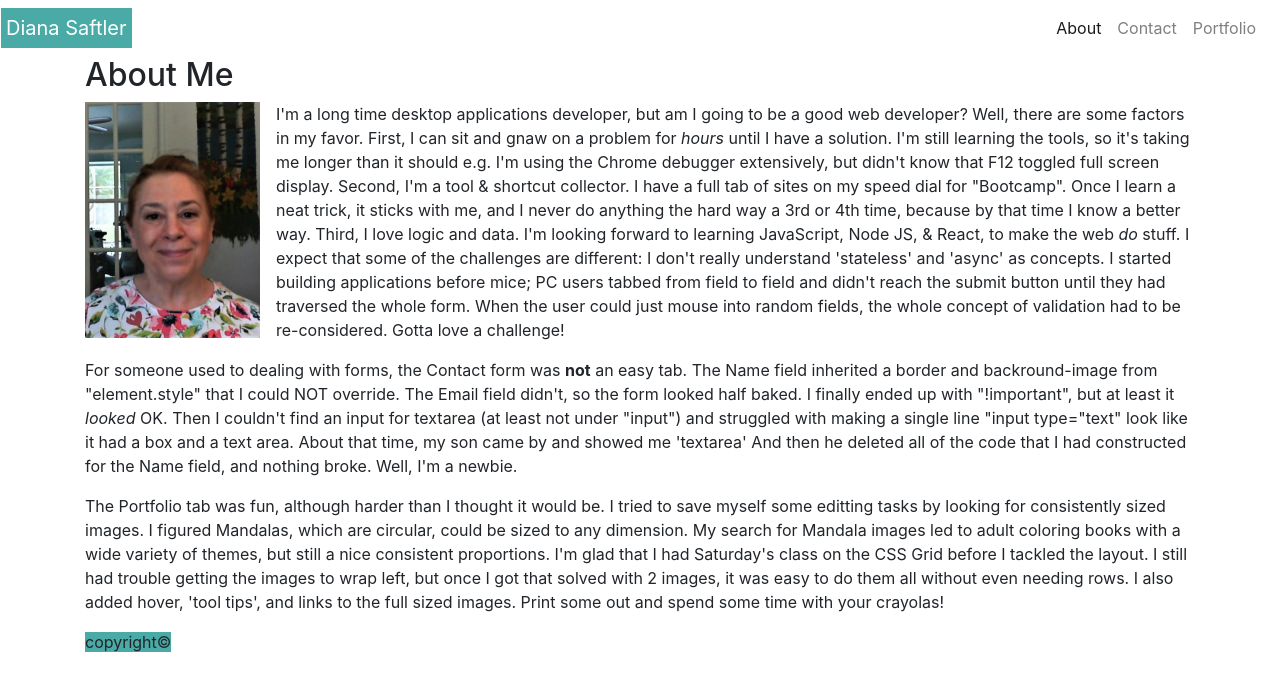
Repository: dsaftler/Bootstrap-Portfolio
Page: index.html
These files come from the project's save history. The page is drawn as it stood at one moment and after the next save; the edit follows.
The browser window is 1280 px wide. The pictures show the whole page.

Above is the page before, as saved 2019-03-21 00:37:30.

After the next save:
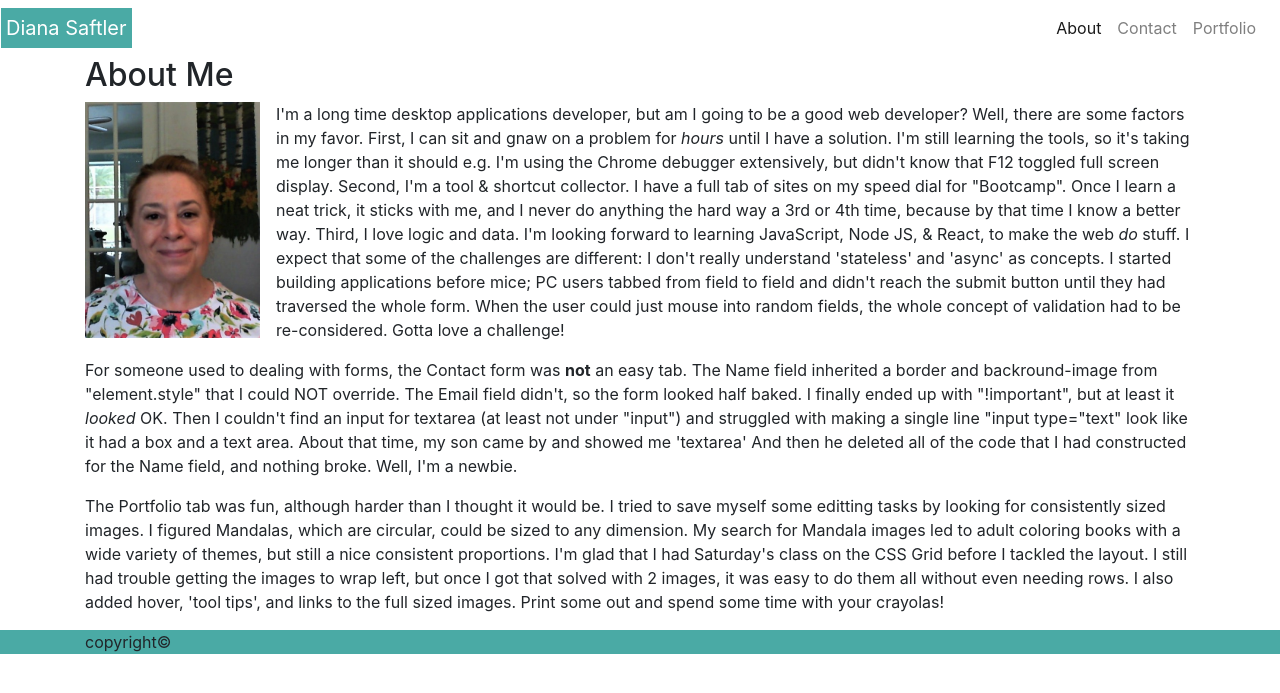
Saved 24 s later.
--- a/index.html
+++ b/index.html
@@ -48,9 +48,9 @@
         </div>
       </div>
     </div>
-    <footer class="footer">
+    <footer class="footer" style="background-color:#4aaaa5">
       <div class="container" >
-        <span style="background-color:#4aaaa5">copyright&copy</span>
+        <span >copyright&copy</span>
       </div>
     </footer>
 
